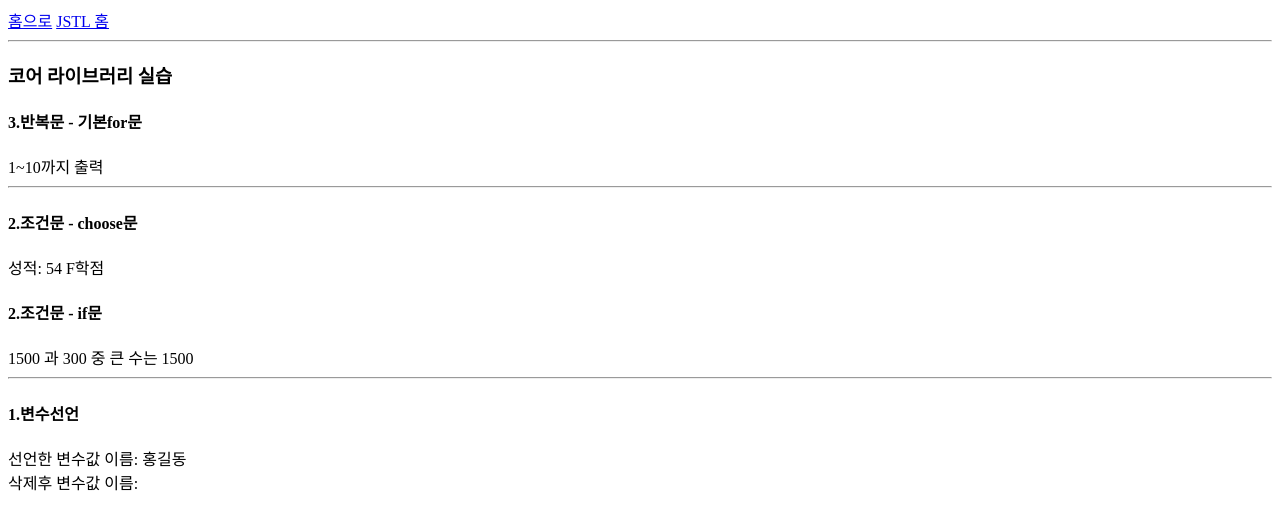
Repository: linklifejo/study_web
Page: http://localhost/servlet02/jstl/core.jsp
An editor plug-in stored every save of this project. The page is shown before and after the next save, followed by the edit.
The browser window is 1280 px wide. The pictures show the whole page.
The page is served by Tomcat 9. Other server files are loaded and not shown.

Above is the page before, as saved 2023-02-07 03:36:46.

### servlet02/src/main/webapp/jstl/core.jsp
<%@ page language="java" contentType="text/html; charset=UTF-8"
    pageEncoding="UTF-8"%>
<%@ taglib uri="http://java.sun.com/jsp/jstl/core" prefix="c" %>
<!DOCTYPE html>
<html>
<head>
<meta charset="UTF-8">
<title>Insert title here</title>
</head>
<body>
<a href='../'>홈으로</a>
<a href='index.jsp'>JSTL 홈</a>
<hr>
<h3>코어 라이브러리 실습</h3>
<h4>3.반복문 - 기본for문</h4>
<div>1~10까지 출력
<c:forEach var="no" begin="1" end="10">
</c:forEach>
</div>

<hr>
<h4>2.조건문 - choose문</h4>
<c:set var='score' value='54'/>
<c:choose>
	<c:when test='${score-90 >= 0}'><c:set var='grade' value='A'/></c:when>
	<c:when test='${score-80 >= 0}'><c:set var='grade' value='B'/></c:when>
	<c:when test='${score-70 >= 0}'><c:set var='grade' value='C'/></c:when>
	<c:when test='${score-60 >= 0}'><c:set var='grade' value='D'/></c:when>
	<c:otherwise><c:set var='grade' value='F'/></c:otherwise>
</c:choose>
<div>성적: ${score} ${grade}학점</div>
<h4>2.조건문 - if문</h4>
<c:set var='no1' value='1500'/>
<c:set var='no2' value='300'/>
<div>
${no1} 과 ${no2} 중 큰 수는
	<c:if test='${no1 gt (no2-0)}'>
	${no1}
	</c:if>
	<c:if test='${(no1-0) lt no2}'>
	${no2}
	</c:if>
</div>
<hr>
<h4>1.변수선언</h4>
<c:set var="name" value="홍길동"/>
<div>선언한 변수값 이름: ${name}</div>
<c:remove var="name" />
<div>삭제후 변수값 이름: ${name}</div>
</body>
</html>

After the next save:
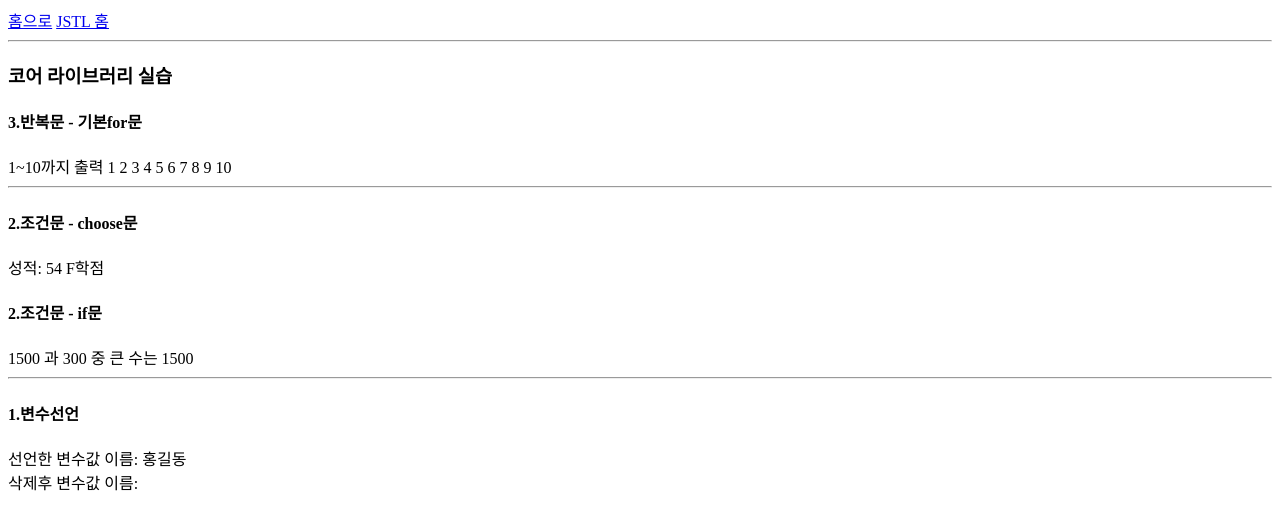
Saved 44 s later.
--- a/servlet02/src/main/webapp/jstl/core.jsp
+++ b/servlet02/src/main/webapp/jstl/core.jsp
@@ -15,6 +15,7 @@
 <h4>3.반복문 - 기본for문</h4>
 <div>1~10까지 출력
 <c:forEach var="no" begin="1" end="10">
+	${no}
 </c:forEach>
 </div>
 
